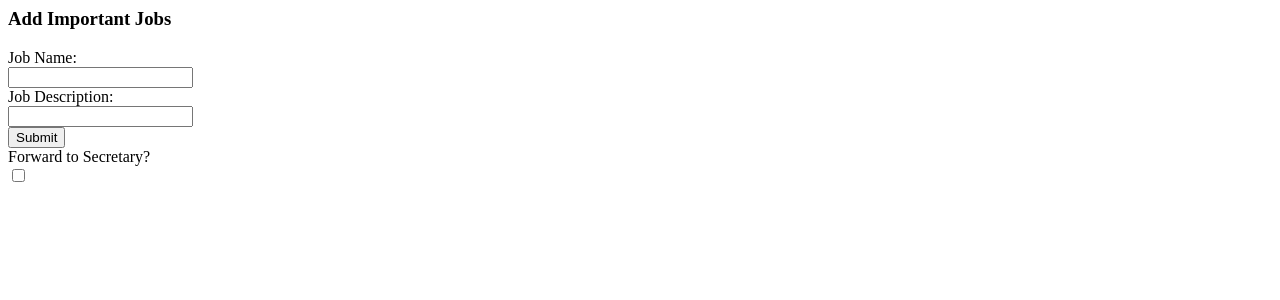
Repository: tjcomprocker/Time_Management_System
Page: http://localhost/important_job_add.php
The author's editor kept a record of every edit. The page is drawn from the files as they stood at one moment, then again after the next edit.
The browser window is 1280 px wide. The pictures show the whole page.
The page is run by PHP 8.4 with error messages shown; the project is at /var/www/html/.

Above is the page before.

After the next edit:
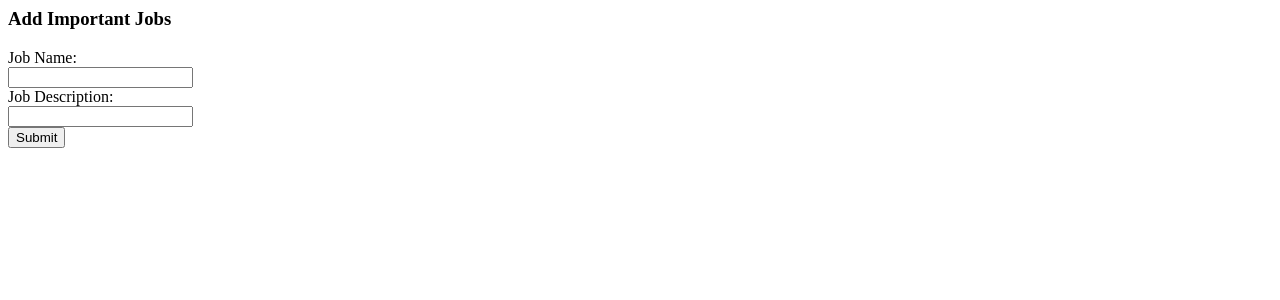
The edit:
--- a/important_job_add.php
+++ b/important_job_add.php
@@ -1,4 +1,17 @@
-<html><body>
+<html>
+
+    <style>
+    #secretary_flag
+    {
+        display:none;
+    }
+    #flag:checked ~ #secretary_email_id
+    {
+        display:block;
+    }
+</style>
+
+    <body>
 
 <h3> Add Important Jobs</h3>
 <form action="important_job_add.php" method="post">

After the edit that followed:
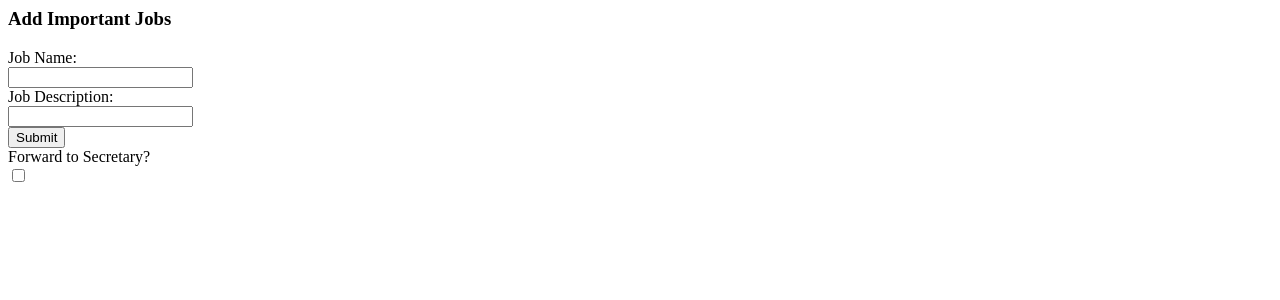
The edit:
--- a/important_job_add.php
+++ b/important_job_add.php
@@ -1,14 +1,4 @@
 <html>
-
-    <style>
-    #secretary_flag
-    {
-        display:none;
-    }
-    #flag:checked ~ #secretary_email_id
-    {
-        display:block;
-    }
 </style>
 
     <body>
